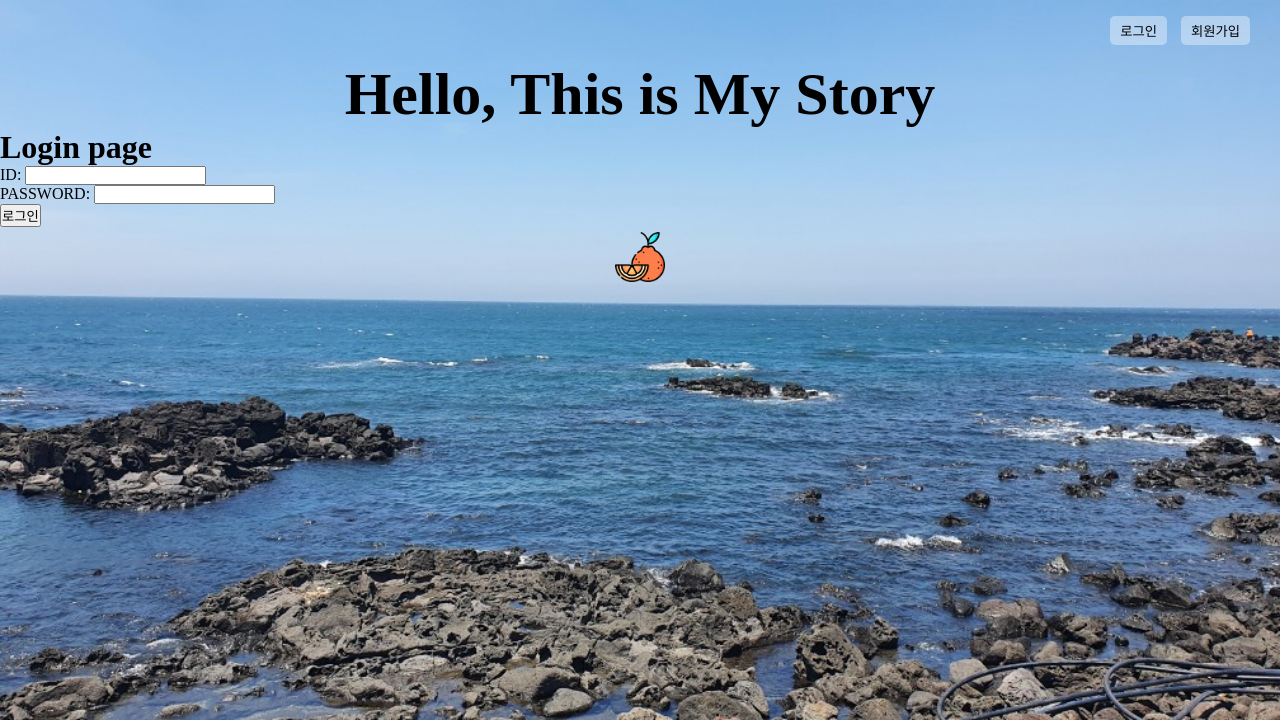
Repository: jeeniii/test2022_12_29
Page: http://localhost/portfolio/mem/login
These files come from the project's save history. The page is drawn as it stood at one moment and after the next save; the edit follows.
The browser window is 1280 px wide. The pictures show the whole page.
The page is served by Tomcat 9.

Above is the page before, as saved 2022-12-13 08:04:35.

After the next save:
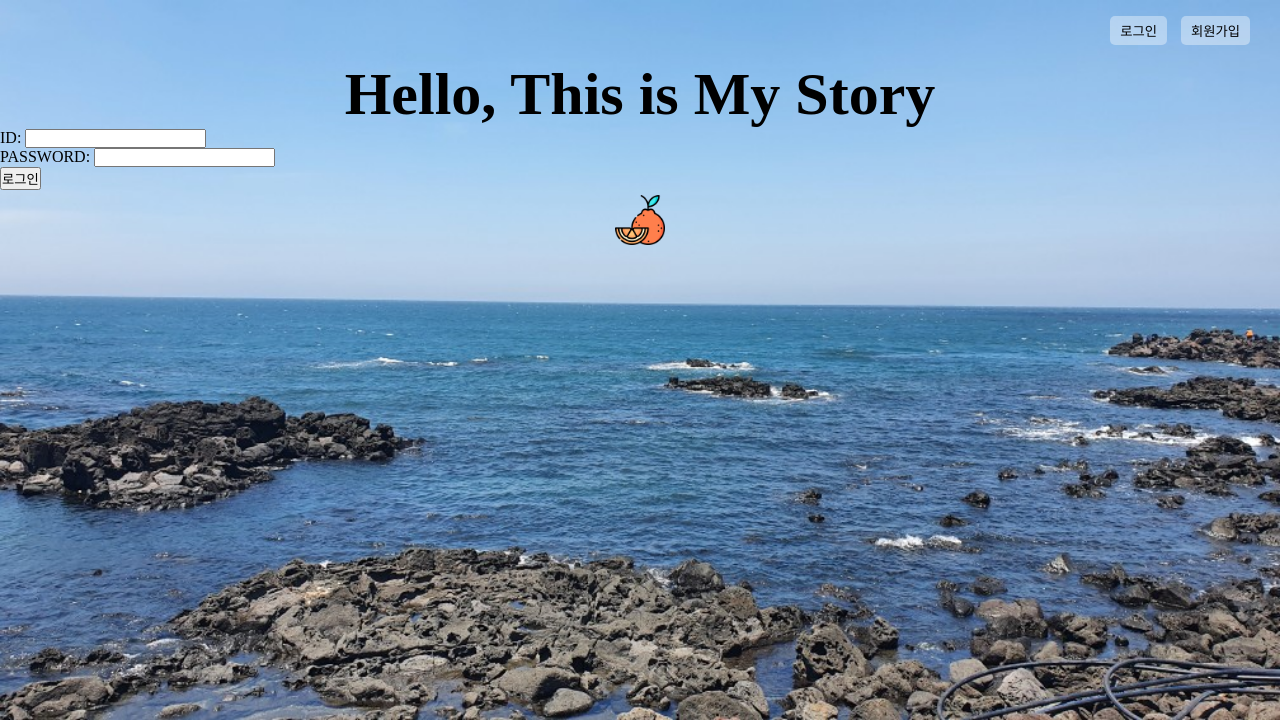
Saved 49 s later.
--- a/JSP_Portfolio/portfolio/src/main/webapp/member/login.jsp
+++ b/JSP_Portfolio/portfolio/src/main/webapp/member/login.jsp
@@ -8,14 +8,11 @@
 <%@ include file="/header.jsp" %>
 </head>
 <body>
-<h1>Login page</h1>
-<div>
 <form action="/mem/login_auth" method="post">
 ID: <input type="text" name="id"> <br>
 PASSWORD: <input type="password" name="pwd"> <br>
 <button type="submit" id="login">로그인</button>
 </form>
-</div>
 <%@ include file="/footer.jsp" %>
 </body>
 </html>
